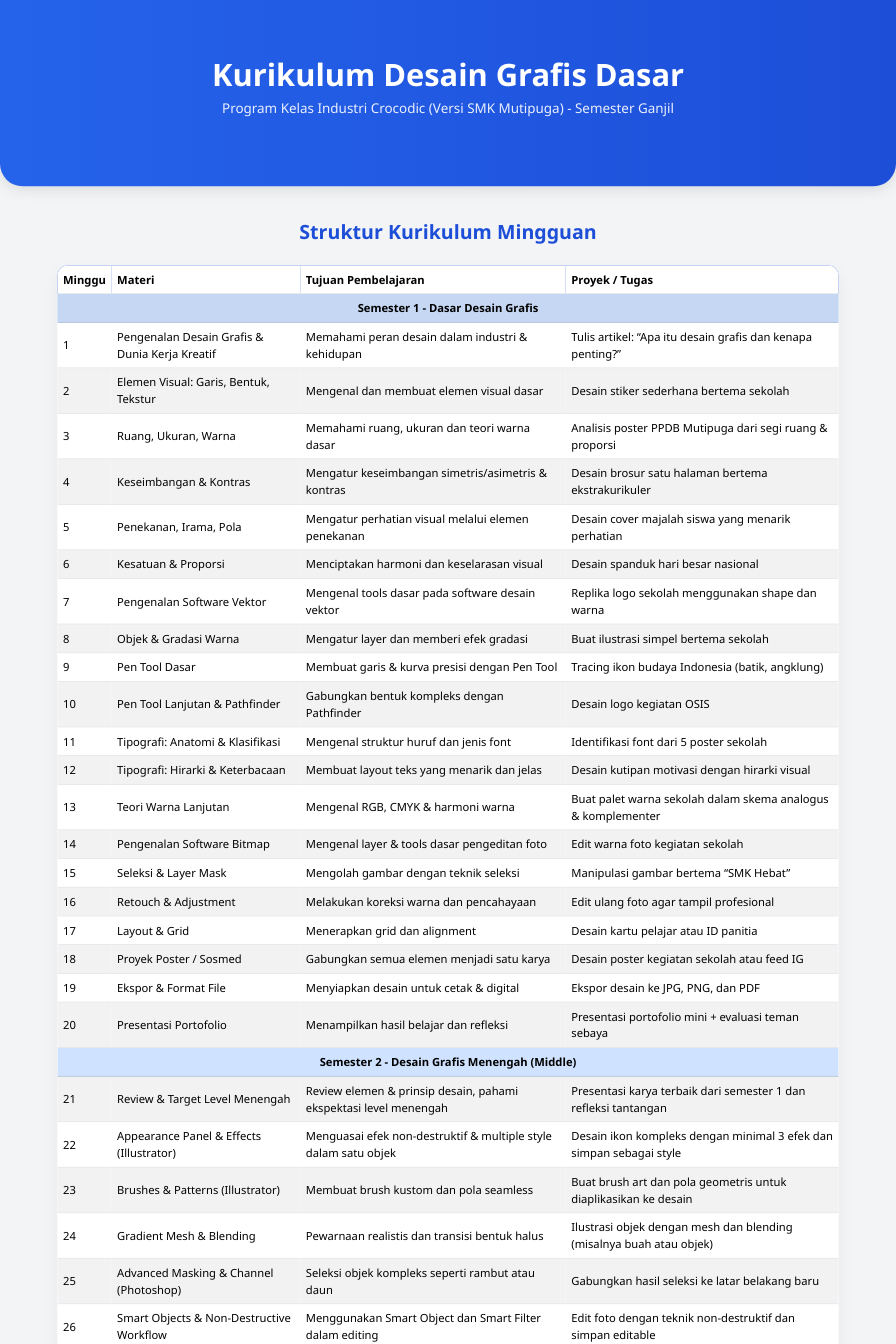
Repository: ppdbsmkmutipuga/kurikulumdesain
Page: index.html
These files come from the project's save history. The page is drawn as it stood at one moment and after the next save; the edit follows.
The browser window is 1280 px wide. The pictures show the part of the page from y = 0 to 1920 px (the page is 2973 px tall before and 3049 px after), at 70% of full size.

Above is the page before, as saved 2025-07-01 04:07:32.
Console error: ReferenceError: AOS is not defined

After the next save:
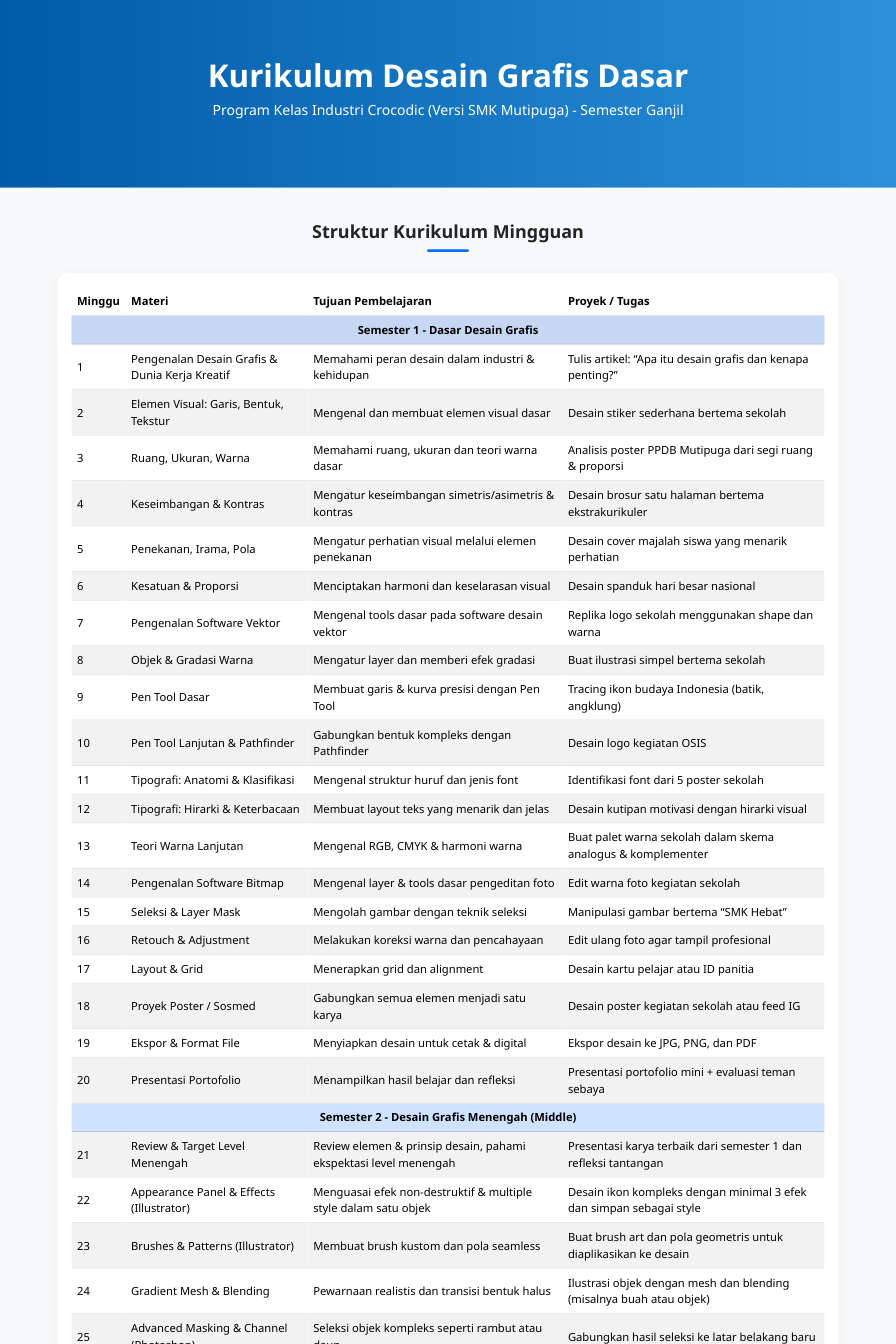
Saved 37 s later.
--- a/style.css
+++ b/style.css
@@ -1,59 +1,80 @@
-body {
-  font-family: 'Segoe UI', sans-serif;
-  background-color: #f3f4f6;
-  color: #1f2937;
-}
+  body {
+    font-family: 'Segoe UI', sans-serif;
+    background-color: #f8f9fa;
+    color: #212529;
+  }
 
-.hero {
-  background: linear-gradient(to right, #2563eb, #1d4ed8);
-  color: white;
-  padding: 80px 0;
-  text-align: center;
-  border-bottom-left-radius: 2rem;
-  border-bottom-right-radius: 2rem;
-  box-shadow: 0 5px 20px rgba(0, 0, 0, 0.1);
-}
+  .hero {
+    background: linear-gradient(to right, #005baa, #2b90d9);
+    color: white;
+    padding: 80px 20px;
+    text-align: center;
+  }
 
-.hero h1 {
-  font-size: 2.75rem;
-  font-weight: 700;
-}
+  .hero h1 {
+    font-size: 2rem;
+    font-weight: bold;
+  }
 
-.hero p {
-  font-size: 1.2rem;
-  opacity: 0.9;
-}
+  .hero p {
+    font-size: 1rem;
+  }
 
-.section-title {
-  margin-top: 3rem;
-  margin-bottom: 2rem;
-  font-weight: 600;
-  font-size: 1.75rem;
-  text-align: center;
-  color: #1d4ed8;
-}
+  @media (min-width: 768px) {
+    .hero h1 {
+      font-size: 2.8rem;
+    }
 
-.table-container {
-  border-radius: 1rem;
-  overflow: hidden;
-  box-shadow: 0 8px 24px rgba(0, 0, 0, 0.05);
-  background-color: white;
-}
+    .hero p {
+      font-size: 1.25rem;
+    }
+  }
 
-thead {
-  background-color: #1d4ed8;
-  color: white;
-}
+  .section-title {
+    font-size: 1.6rem;
+    font-weight: 600;
+    text-align: center;
+    margin-bottom: 30px;
+    position: relative;
+  }
 
-.table-striped tbody tr:nth-of-type(odd) {
-  background-color: #f9fafb;
-}
+  .section-title::after {
+    content: '';
+    width: 60px;
+    height: 4px;
+    background-color: #0d6efd;
+    display: block;
+    margin: 10px auto 0;
+    border-radius: 2px;
+  }
 
-footer {
-  background-color: #f1f5f9;
-  text-align: center;
-  padding: 1.5rem 0;
-  margin-top: 4rem;
-  font-size: 0.95rem;
-  color: #64748b;
-}
+  .table-container {
+    background: #fff;
+    border-radius: 16px;
+    box-shadow: 0 4px 20px rgba(0, 0, 0, 0.05);
+    padding: 20px;
+  }
+
+  .filter-buttons {
+    text-align: center;
+    margin-bottom: 20px;
+  }
+
+  .filter-buttons button {
+    margin: 0 10px 10px;
+  }
+
+  footer {
+    background: #212529;
+    color: #fff;
+    padding: 20px 0;
+    text-align: center;
+    margin-top: 40px;
+  }
+
+  .mode-toggle {
+    position: fixed;
+    top: 20px;
+    right: 20px;
+    z-index: 999;
+  }
